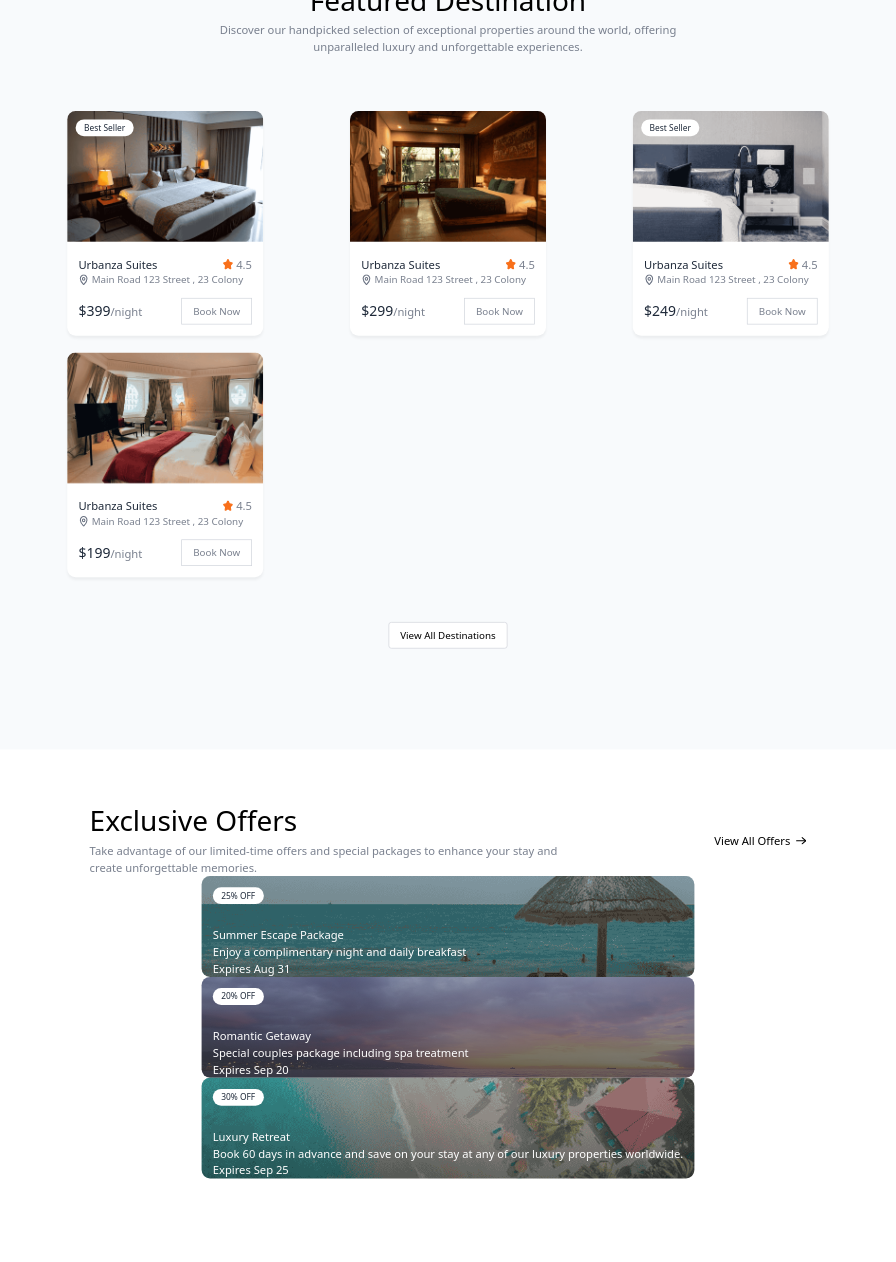
Repository: Ponn-Star/My-App
Page: / (app in FrontEnd/)
An editor plug-in stored every save of this project. The page is shown before and after the next save, followed by the edit.
The browser window is 1280 px wide. The pictures show the part of the page from y = 822 to 2742 px (the page is 2625 px tall before and 2742 px after), at 70% of full size.
The project was rebuilt for these pictures with package versions that can differ from the ones it lists, and the page was loaded fresh each time. Also part of the build but not shown: FrontEnd/vite.config.js, FrontEnd/src/assets/assets.js.

Above is the page before, as saved 2025-05-08 23:13:18.

After the next save:
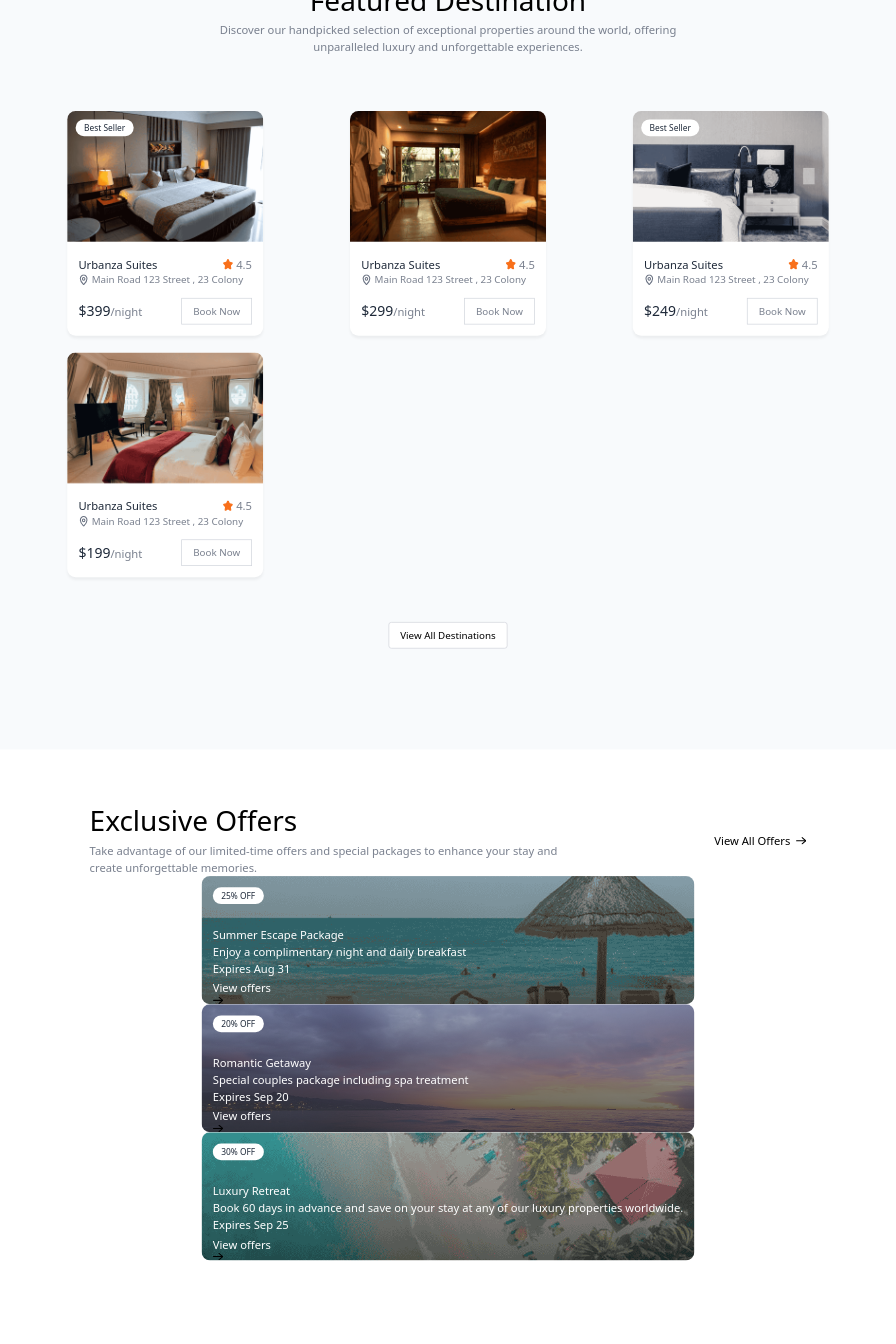
Saved 37 s later.
--- a/FrontEnd/src/components/ExclusiveOffers.jsx
+++ b/FrontEnd/src/components/ExclusiveOffers.jsx
@@ -24,6 +24,10 @@ const ExclusiveOffers = () => {
                     <p>{item.description}</p>
                     <p>Expires {item.expiryDate}</p>
                 </div>
+                <button>
+                    View offers
+                    <img src={assets.arrowIcon} alt="" />
+                </button>
             </div>
         ))}
       </div>
